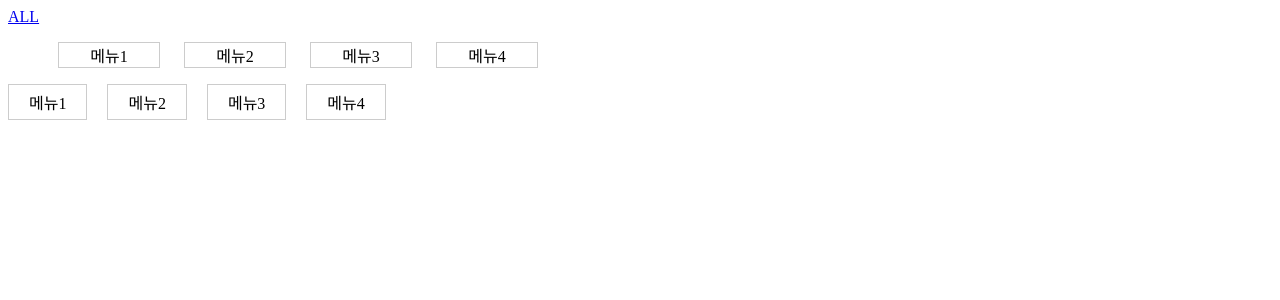
Repository: itkezi/HTML_2022_505
Page: Web/WebContent/style/menu.html
An editor plug-in stored every save of this project. The page is shown before and after the next save, followed by the edit.
The browser window is 1280 px wide. The pictures show the whole page.

Above is the page before, as saved 2022-03-28 06:33:04.

### Web/WebContent/style/menu.html
<!DOCTYPE html>
<html>
<head>
<meta charset="UTF-8">
<title>메뉴 스타일</title>

<style>
/* #first ul { */
/* 	list-style: none; }	 list-style-type은 inline과 inline-block에서는 작동하지 않는다.*/
#first ul li {
	display: inline-block;
		/* 	display: inline; 요소의 크기만 차지하기 때문에 적절치 않음*/
	padding: 0;
	width:100px;
	border: 1px solid #ccc;
	text-align: center;
	margin: 0 10px;
	}

#second div{
	border: 1px solid #ccc;
	float: left; /* float를 지정하면 실제 컨텐츠 만큼의 너비를 차지 */
				 /* float 지정한 후 다음 태그에 float 속성을 없애려면  {clear:left;} 해줘야 함 */
	padding: 5px 20px;
	margin-right: 20px;
	}
</style>

</head>

<body>
<a href="http://localhost:8080/Web/HTML/ALL.html" target='_blank'> ALL</a>
<br>


<div id='first'>
	<ul>
		<li>메뉴1</li>
		<li>메뉴2</li>
		<li>메뉴3</li>
		<li>메뉴4</li>
	</ul>
</div>
<div id ='second'>
	<div>메뉴1</div>
	<div>메뉴2</div>
	<div>메뉴3</div>
	<div>메뉴4</div>
</div>

</body>
</html>

After the next save:
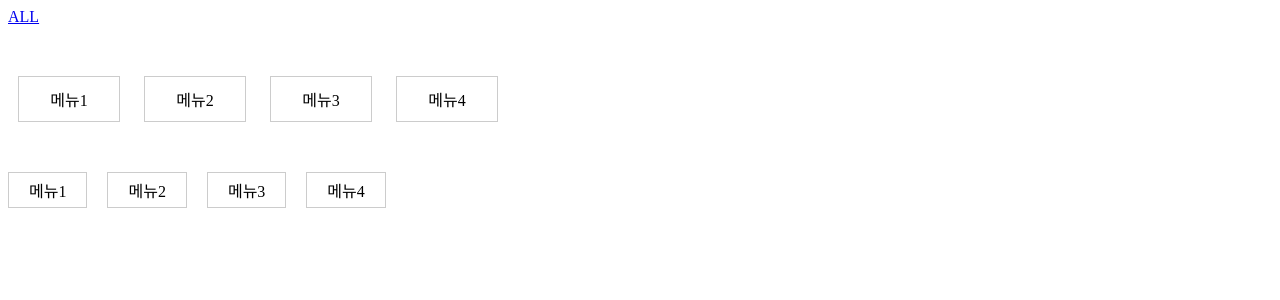
Saved 2 min 6 s later.
--- a/Web/WebContent/style/menu.html
+++ b/Web/WebContent/style/menu.html
@@ -5,12 +5,18 @@
 <title>메뉴 스타일</title>
 
 <style>
+#first {
+	margin:50px 0;
+	}
+#first ul {
+	padding:0;
+	}
 /* #first ul { */
 /* 	list-style: none; }	 list-style-type은 inline과 inline-block에서는 작동하지 않는다.*/
 #first ul li {
 	display: inline-block;
 		/* 	display: inline; 요소의 크기만 차지하기 때문에 적절치 않음*/
-	padding: 0;
+	padding: 10px 0;
 	width:100px;
 	border: 1px solid #ccc;
 	text-align: center;
